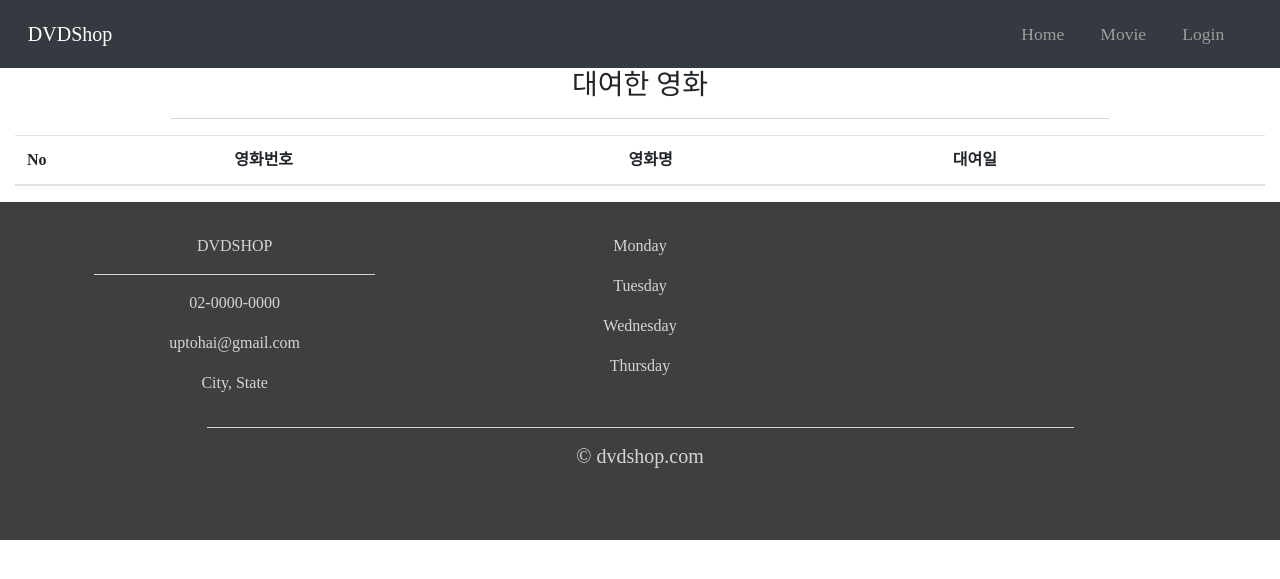
Repository: afterup/dvdshop
Page: http://localhost/shop_project/view/user/mypage.jsp
The author's editor kept a copy of each file at every save. The page is drawn from the files as they stood at one save, then again after the next save.
The browser window is 1280 px wide. The pictures show the whole page.
The page is served by Tomcat 9. Other server files are loaded and not shown. The template is opened directly, without the code that normally fills it, so the values that code supplies are empty.

Above is the page before, as saved 2019-08-14 12:09:22.

### shop_project/WebContent/view/user/mypage.jsp
<%@page import="com.movie.model.vo.MovieInfo"%>
<%@page import="java.util.List"%>
<%@ page language="java" contentType="text/html; charset=UTF-8"
	pageEncoding="UTF-8"%>
<%@taglib uri="http://java.sun.com/jsp/jstl/core" prefix="c"%>
<!DOCTYPE html>
<html lang="en">

<head>
<meta charset="UTF-8">
<meta name="viewport" content="width=device-width, initial-scale=1.0">
<meta http-equiv="X-UA-Compatible" content="ie=edge">
<title>Document</title>
<link rel="stylesheet"
	href="https://stackpath.bootstrapcdn.com/bootstrap/4.3.1/css/bootstrap.min.css"
	integrity="sha384-ggOyR0iXCbMQv3Xipma34MD+dH/1fQ784/j6cY/iJTQUOhcWr7x9JvoRxT2MZw1T"
	crossorigin="anonymous">
<link rel="stylesheet" href="css/style.css">

</head>

<body>
	<!-- Navigation -->
	<%@ include file="/view/common/header.jsp"%>

	<!-- main-->
	<div class="container-fluid">
		<h3 class="text-center">대여한 영화</h3>
		<hr class="light">
		<table class="table table-striped">
			<thead>
				<tr>
					<th scope="col">No</th>
					<th scope="col">영화번호</th>
					<th scope="col">영화명</th>
					<th scope="col">대여일</th>
				</tr>
			</thead>
			<tbody>
				<c:forEach items="${rentalList }" var="rental">
					<tr>
						<th scope="row">${rental.rentid }</th>
						<td>${rental.movieid }</td>
						<td>영화명</td>
						<td>${rental.rentdate}</td>
						<td>
						<c:choose>
							<c:when test="${rental.returnYN}">
								<a href="movie?action=return&rentid=${rental.rentid }" class="btn btn-primary">반납</a>
							</c:when>
							<c:otherwise>
								<button class="btn btn-default" disabled>완료</button>
							</c:otherwise>
						</c:choose>
						</td>
					</tr>
				</c:forEach>
			</tbody>
		</table>
	</div>


	<!-- Footer -->
	<%@ include file="/view/common/footer.jsp"%>

	<script src="https://code.jquery.com/jquery-3.3.1.slim.min.js"
		integrity="sha384-q8i/X+965DzO0rT7abK41JStQIAqVgRVzpbzo5smXKp4YfRvH+8abtTE1Pi6jizo"
		crossorigin="anonymous">

	</script>
	<script
		src="https://cdnjs.cloudflare.com/ajax/libs/popper.js/1.14.7/umd/popper.min.js"
		integrity="sha384-UO2eT0CpHqdSJQ6hJty5KVphtPhzWj9WO1clHTMGa3JDZwrnQq4sF86dIHNDz0W1"
		crossorigin="anonymous">

	</script>
	<script
		src="https://stackpath.bootstrapcdn.com/bootstrap/4.3.1/js/bootstrap.min.js"
		integrity="sha384-JjSmVgyd0p3pXB1rRibZUAYoIIy6OrQ6VrjIEaFf/nJGzIxFDsf4x0xIM+B07jRM"
		crossorigin="anonymous">

	</script>
</body>


</html>

### shop_project/WebContent/view/common/header.jsp
<%@ page language="java" contentType="text/html; charset=UTF-8"
    pageEncoding="UTF-8"%>
<!DOCTYPE html>
<html>
<head>
<meta charset="UTF-8">
<title>Insert title here</title>
</head>
<body>

	<!-- Navigation -->
    <nav class="navbar navbar-expand-md navbar-dark bg-dark sticky-top">
        <div class="container-fluid">
            <a href="movie" class="navbar-brand">DVDShop</a>
            <button class="navbar-toggler" type="button" data-toggle="collapse" data-target="#navbarResponsive">
                <span class="navbar-toggler-icon"></span>
            </button>
            <div class="collapse navbar-collapse" id="navbarResponsive">
                <ul class="navbar-nav ml-auto">
                    <li class="nav-item"><a class="nav-link" href="movie">Home</a></li>
                    <li class="nav-item"><a class="nav-link" href="movie?action=moviePage">Movie</a></li>

                   <%
                   	String id = (String)request.getSession().getAttribute("id");
                   	System.out.print("id="+id);
                   	if(id == null){
                   %>
                    <li class="nav-item"><a href="movie?action=login" class="nav-link">Login</a></li>
               	   <%
                   	}else{
               	   %>
                    <li class="nav-item"><a class="nav-link" href="movie?action=mypage">Mypage</a></li>
                    <li class="nav-item"><a href="movie?action=logout" class="nav-link">Logout</a></li>
               	   <%
                   	}
               	   %>
                </ul>
            </div>
        </div>
    </nav>

</body>
</html>

### shop_project/WebContent/view/common/footer.jsp
<%@ page language="java" contentType="text/html; charset=UTF-8"
    pageEncoding="UTF-8"%>
<!DOCTYPE html>
<html>
<head>
<meta charset="UTF-8">
<title>Insert title here</title>
</head>
<body>
    <footer>
        <div class="container-fluid padding">
            <div class="row text-center">
                <div class="col-md-4">
                    DVDSHOP
                    <hr class="light">
                    <p>02-0000-0000</p>
                    <p>uptohai@gmail.com</p>
                    <p>City, State</p>
                </div>
                <div class="col-md-4">
                    <p>Monday</p>
                    <p>Tuesday</p>
                    <p>Wednesday</p>
                    <p>Thursday</p>
                </div>
            </div>
            <div class="col-12">
                <hr class="light">
                <h5 class="text-center">&copy; dvdshop.com</h5>
            </div>
        </div>
    </footer>

</body>
</html>

### shop_project/WebContent/css/style.css
html,
body {
    height: 100%;
    width: 100%;
    font-family: "sans-serif";
}

img {
    width: 100%;
}

#adminPage {
    background-color: rgb(250, 249, 242);
}

.navbar {
    padding: .8rem;
}

.navbar-nav li {
    padding-right: 20px;
}

.nav-link {
    font-size: 1.1em !important;
}

.carousel-inner img {
    width: 100%;
    height: 100%;
}

.btn-info {
    background-color: rgb(57, 55, 66);
    color: rgb(240, 240, 240);
    border-color: rgb(57, 55, 66);
}

.jumbotron {
    padding: 1rem;
}

.padding {
    padding-bottom: 2rem;
}

footer {
    background-color: #3f3f3f;
    color: #d5d5d5;
    padding: 2rem;
}

hr.light {
    border-top: 1px solid #d5d5d5;
    width: 75%;
}

After the next save:
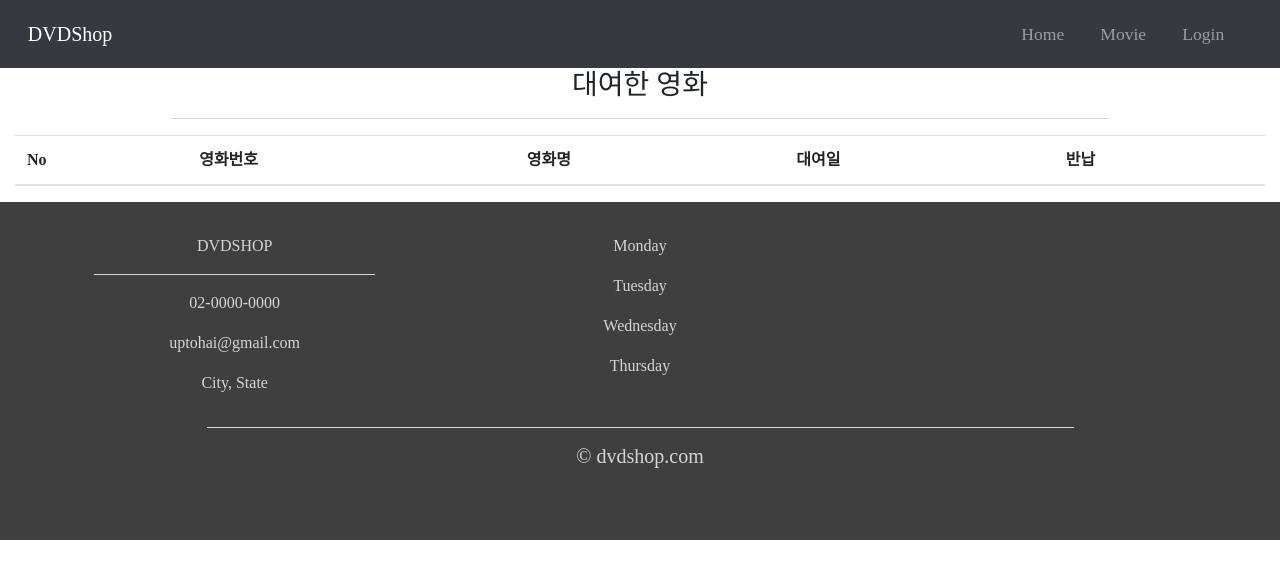
Saved 10 s later.
--- a/shop_project/WebContent/view/user/mypage.jsp
+++ b/shop_project/WebContent/view/user/mypage.jsp
@@ -34,6 +34,7 @@
 					<th scope="col">영화번호</th>
 					<th scope="col">영화명</th>
 					<th scope="col">대여일</th>
+					<th scope="col">반납</th>
 				</tr>
 			</thead>
 			<tbody>
